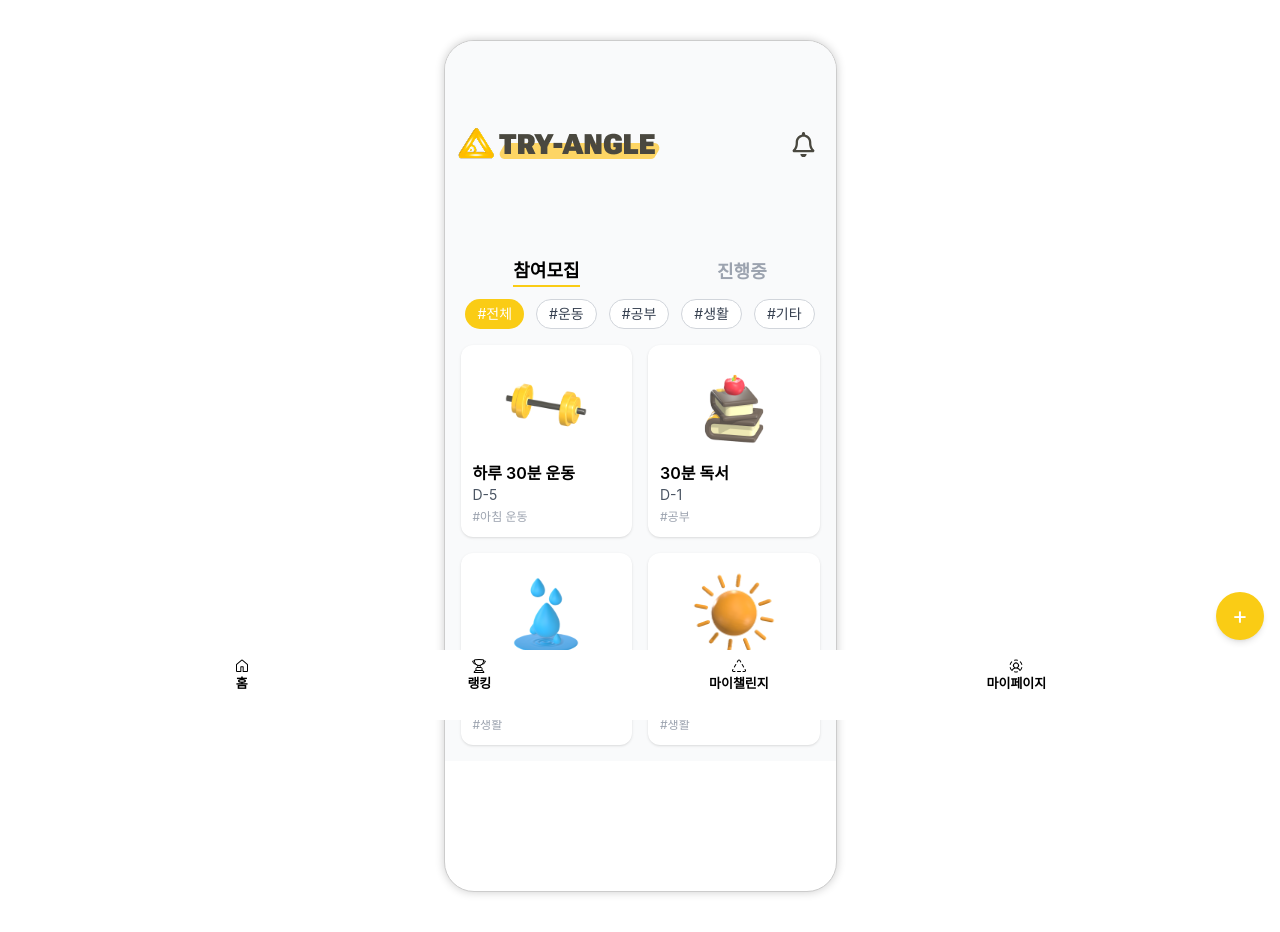
Repository: gusdk19/TryAngle-FE
Page: /
These files come from the project's save history. The page is drawn as it stood at one moment and after the next save; the edit follows.
The browser window is 1280 px wide. The pictures show the whole page.
The project was rebuilt for these pictures with package versions that can differ from the ones it lists, and the page was loaded fresh each time. Also part of the build but not shown: src/App.css.

Above is the page before, as saved 2025-04-30 14:36:36.

After the next save:
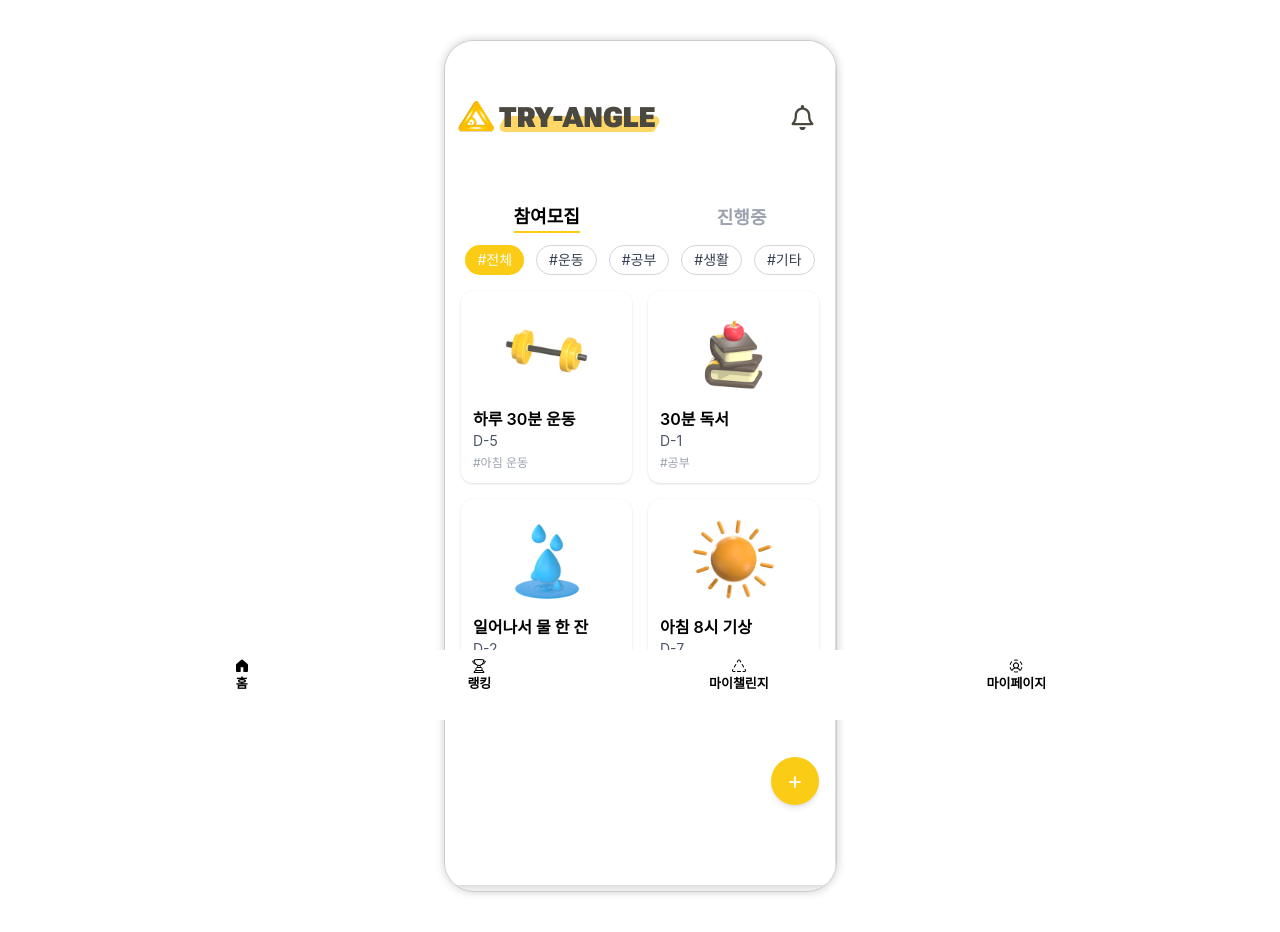
Saved 74 s later.
--- a/src/pages/Home.js
+++ b/src/pages/Home.js
@@ -7,7 +7,7 @@ import water from '../assets/images/finace/water.png';
 import sun from '../assets/images/finace/Sun.png';
 
 const Home = () => {
-  const [activeTab, setActiveTab] = useState('participating'); // 'participating' or 'ongoing'
+  const [activeTab, setActiveTab] = useState('participating');
   const [activeCategory, setActiveCategory] = useState('전체');
 
   const categories = ['전체', '운동', '공부', '생활', '기타'];
@@ -19,63 +19,86 @@ const Home = () => {
     { id: 4, title: '아침 8시 기상', dday: 7, tag: '#생활', image: sun },
   ];
 
-  const filteredChallenges = activeCategory === '전체'
-    ? challenges
-    : challenges.filter((c) => c.tag.includes(activeCategory));
+  const filteredChallenges =
+    activeCategory === '전체'
+      ? challenges
+      : challenges.filter((c) => c.tag.includes(activeCategory));
 
   return (
-    <div className="min-h-screen flex flex-col bg-gray-50">
-      <Header />
+    <div className="flex justify-center items-center min-h-screen bg-gray-200">
+      {/* 모바일 프레임 */}
+      <div className="relative w-[390px] h-[844px] bg-white overflow-hidden rounded-xl shadow-lg flex flex-col">
+        <Header />
 
-      {/* 탭 */}
-      <div className="flex justify-around mt-4">
-        <button
-          className={`text-lg font-semibold ${activeTab === 'participating' ? 'border-b-2 border-yellow-400 text-black' : 'text-gray-400'}`}
-          onClick={() => setActiveTab('participating')}
-        >
-          참여모집
-        </button>
-        <button
-          className={`text-lg font-semibold ${activeTab === 'ongoing' ? 'border-b-2 border-yellow-400 text-black' : 'text-gray-400'}`}
-          onClick={() => setActiveTab('ongoing')}
-        >
-          진행중
-        </button>
-      </div>
+        {/* 탭 영역 */}
+        <div className="flex justify-around mt-4">
+          <button
+            className={`text-lg font-semibold ${
+              activeTab === 'participating'
+                ? 'border-b-2 border-yellow-400 text-black'
+                : 'text-gray-400'
+            }`}
+            onClick={() => setActiveTab('participating')}
+          >
+            참여모집
+          </button>
+          <button
+            className={`text-lg font-semibold ${
+              activeTab === 'ongoing'
+                ? 'border-b-2 border-yellow-400 text-black'
+                : 'text-gray-400'
+            }`}
+            onClick={() => setActiveTab('ongoing')}
+          >
+            진행중
+          </button>
+        </div>
 
-      {/* 카테고리 */}
-      <div className="flex justify-center gap-3 mt-3">
-        {categories.map((category) => (
-          <button
-            key={category}
-            className={`px-3 py-1 rounded-full text-sm ${activeCategory === category ? 'bg-yellow-400 text-white' : 'bg-white text-gray-700 border border-gray-300'}`}
-            onClick={() => setActiveCategory(category)}
-          >
-            #{category}
-          </button>
-        ))}
-      </div>
+        {/* 카테고리 */}
+        <div className="flex justify-center gap-3 mt-3">
+          {categories.map((category) => (
+            <button
+              key={category}
+              className={`px-3 py-1 rounded-full text-sm ${
+                activeCategory === category
+                  ? 'bg-yellow-400 text-white'
+                  : 'bg-white text-gray-700 border border-gray-300'
+              }`}
+              onClick={() => setActiveCategory(category)}
+            >
+              #{category}
+            </button>
+          ))}
+        </div>
 
-      {/* 챌린지 카드 */}
-      <div className="grid grid-cols-2 gap-4 p-4">
-        {filteredChallenges.map((c) => (
-          <div key={c.id} className="bg-white p-3 rounded-xl shadow hover:bg-yellow-200 transition">
-            <img src={c.image} alt={c.title} className="w-full h-24 object-contain mb-2" />
-            <p className="font-semibold">{c.title}</p>
-            <p className="text-sm text-gray-600">D-{c.dday}</p>
-            <p className="text-xs text-gray-400 mt-1">{c.tag}</p>
+        {/* 챌린지 카드 */}
+        <div className="flex-grow overflow-y-auto p-4 pb-[100px]">
+          <div className="grid grid-cols-2 gap-4">
+            {filteredChallenges.map((c) => (
+              <div
+                key={c.id}
+                className="bg-white p-3 rounded-xl shadow hover:bg-yellow-200 transition"
+              >
+                <img
+                  src={c.image}
+                  alt={c.title}
+                  className="w-full h-24 object-contain mb-2"
+                />
+                <p className="font-semibold">{c.title}</p>
+                <p className="text-sm text-gray-600">D-{c.dday}</p>
+                <p className="text-xs text-gray-400 mt-1">{c.tag}</p>
+              </div>
+            ))}
           </div>
-        ))}
-      </div>
+        </div>
 
-      {/* + 버튼 */}
-      <div className="fixed bottom-20 right-4">
-        <button className="bg-yellow-400 w-12 h-12 rounded-full text-white text-2xl shadow-md hover:bg-yellow-500">
+        {/* + 버튼 */}
+        <button className="absolute bottom-20 right-4 bg-yellow-400 w-12 h-12 rounded-full text-white text-2xl shadow-md hover:bg-yellow-500 z-20">
           +
         </button>
+
+        <Footer page="home" />
       </div>
-
-      <Footer />
     </div>
   );
 };
